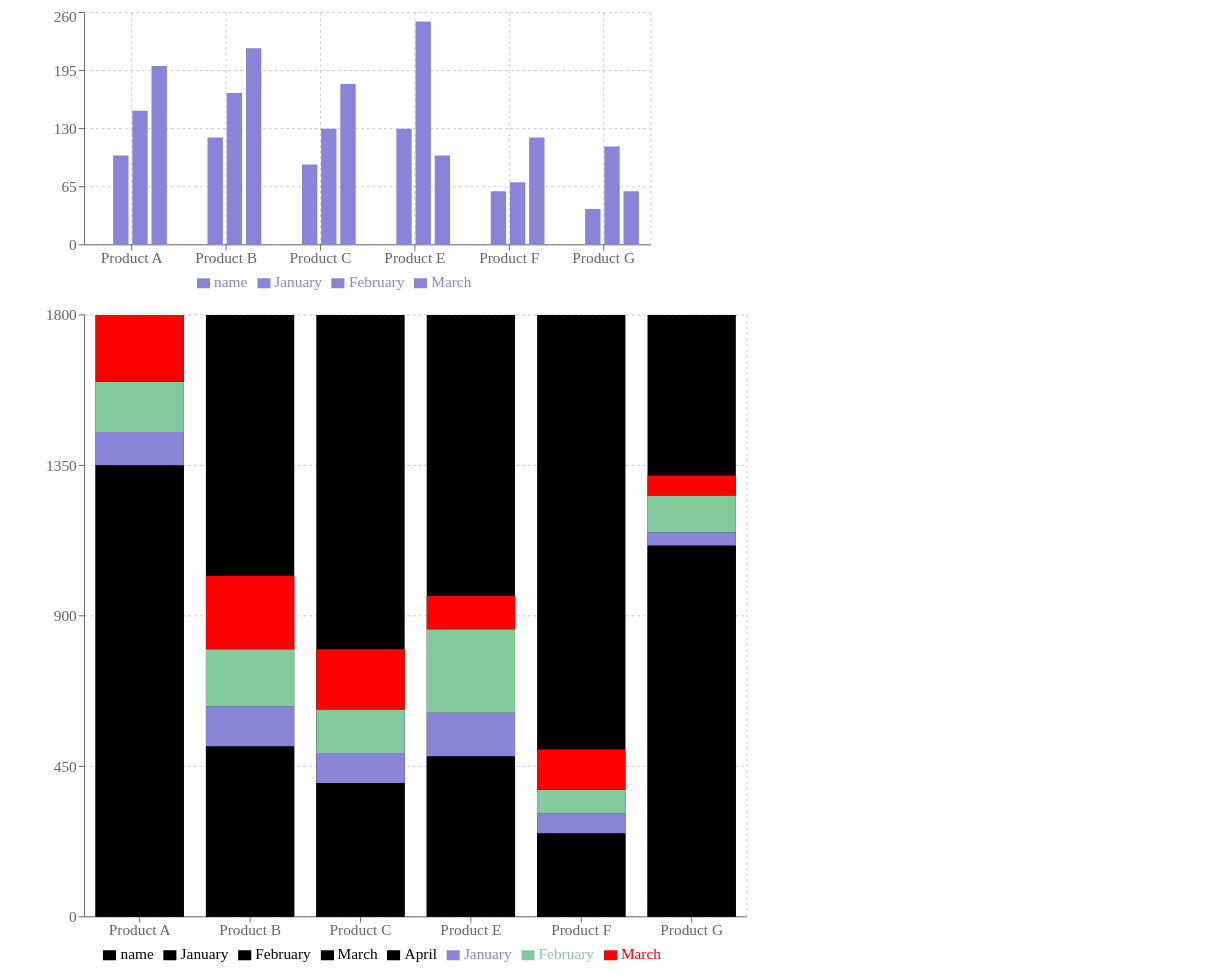
Repository: sagarjain738/test
Page: /
The author's editor kept a copy of each file at every save. The page is drawn from the files as they stood at one save, then again after the next save.
The browser window is 1280 px wide. The pictures show the whole page, at 96% of full size.
The project was rebuilt for these pictures with package versions that can differ from the ones it lists, and the page was loaded fresh each time. Also part of the build but not shown: vite.config.js, src/App.css, src/components/PieChart.jsx, src/components/Table.jsx, src/index.css.

Above is the page before, as saved 2024-01-20 23:26:40.

### src/App.jsx
import "./App.css";
import FirstChart from "./components/FirstChart";
import totalData, { getTotalData, getTotal, getMonths } from "../Data";
import SecondChart from "./components/SecondData";
import TotalPieChart from "./components/PieChart";
import BasicTable from "./components/Table";

function App() {
  const firstRecord = getTotalData(totalData);
  const total = getTotal(totalData);
  const monthNames = getMonths();
  return (
    <>
      <FirstChart records={firstRecord} monthNames={monthNames.slice(0, -1)} />
      <SecondChart records={firstRecord} monthNames={monthNames} />
      {/* <BasicTable records={firstRecord} /> */}
      {/* <TotalPieChart records={total} monthNames={monthNames} /> */}
    </>
  );
}

export default App;

### src/components/FirstChart.jsx
import {
  Bar,
  BarChart,
  CartesianGrid,
  Legend,
  Rectangle,
  Tooltip,
  XAxis,
  YAxis,
} from "recharts";

const FirstChart = ({ records, monthNames }) => {
  return (
    <BarChart
      width={700}
      height={300}
      data={records}
      margin={{
        top: 5,
        right: 30,
        left: 20,
        bottom: 5,
      }}
    >
      <CartesianGrid strokeDasharray="3 3" />
      <XAxis dataKey="name" />
      <YAxis />
      <Tooltip />
      <Legend />
      {monthNames.map((month) => (
        <Bar
          key={month}
          dataKey={month}
          fill="#8884d8"
          activeBar={<Rectangle fill="pink" stroke="blue" />}
        />
      ))}
    </BarChart>
  );
};

export default FirstChart;

### Data.js
let data = {
  salesData: [
    {
      product: "Product A",
      sales: [
        { month: "January", amount: 100 },
        { month: "February", amount: 150 },
        { month: "March", amount: 200 },
        { month: "April", amount: 900 },
      ],
    },
    {
      product: "Product B",
      sales: [
        { month: "January", amount: 120 },
        { month: "February", amount: 170 },
        { month: "March", amount: 220 },
      ],
    },
    {
      product: "Product C",
      sales: [
        { month: "January", amount: 90 },
        { month: "February", amount: 130 },
        { month: "March", amount: 180 },
      ],
    },
    {
      product: "Product E",
      sales: [
        { month: "January", amount: 130 },
        { month: "February", amount: 250 },
        { month: "March", amount: 100 },
      ],
    },
    {
      product: "Product F",
      sales: [
        { month: "January", amount: 60 },
        { month: "February", amount: 70 },
        { month: "March", amount: 120 },
      ],
    },
    {
      product: "Product G",
      sales: [
        { month: "January", amount: 40 },
        { month: "February", amount: 110 },
        { month: "March", amount: 60 },
        { month: "April", amount: 900 },
      ],
    },
  ],
};

export function getTotalData(records) {
  const result = records.salesData.map((item) => {
    return {
      name: item.product,
      data: item.sales.reduce(
        (acc, itm) => ({ ...acc, [`${itm.month}`]: itm.amount }),
        {}
      ),
    };
  });

  const finalData = result.map((item) => {
    return { name: item.name, ...item.data };
  });

  return finalData;
}

export function getTotals(records) {
  const result = records.salesData.map((item) => {
    return {
      id: item.product,
      label: item.product,
      value: item.sales.reduce((acc, itm) => acc + itm.amount, 0),
      color: "hsl(271, 70%, 50%)",
    };
  });
  return result;
}

export function getTotal(data) {
  let sumOfMonths = {};
  data.salesData.forEach((product) => {
    product.sales.forEach((sale) => {
      sumOfMonths[sale.month] = (sumOfMonths[sale.month] || 0) + sale.amount;
    });
  });

  const output = [];

  for (const key in sumOfMonths) {
    output.push({
      id: key,
      label: key,
      value: sumOfMonths[key],
      color: "hsl(37, 70%, 50%)",
    });
  }

  return output;
}

export function getMonths() {
  const months = new Set();
  months.add("name");
  data.salesData.forEach((d) => d.sales.forEach((v) => months.add(v.month)));

  return [...months];
}

export default data;

### src/components/SecondData.jsx
import {
  BarChart,
  Bar,
  Cell,
  XAxis,
  YAxis,
  CartesianGrid,
  Tooltip,
  Legend,
  ResponsiveContainer,
} from "recharts";

const SecondChart = ({ records, monthNames }) => {
  return (
    <BarChart
      width={800}
      height={700}
      data={records}
      margin={{
        top: 20,
        right: 30,
        left: 20,
        bottom: 5,
      }}
    >
      <CartesianGrid strokeDasharray="3 3" />
      <XAxis dataKey="name" />
      <YAxis />
      <Tooltip />
      <Legend />
      {monthNames.map((month, i) => (
        <Bar key={i} dataKey={month} stackId="a" fill="" />
      ))}
      <Bar dataKey="January" stackId="a" fill="#8884d8" />
      <Bar dataKey="February" stackId="a" fill="#82ca9d" />
      <Bar dataKey="March" stackId="a" fill="red" />
    </BarChart>
  );
};

export default SecondChart;

Loaded but not shown: index.html (common file); src/main.jsx (common file)

After the next save:
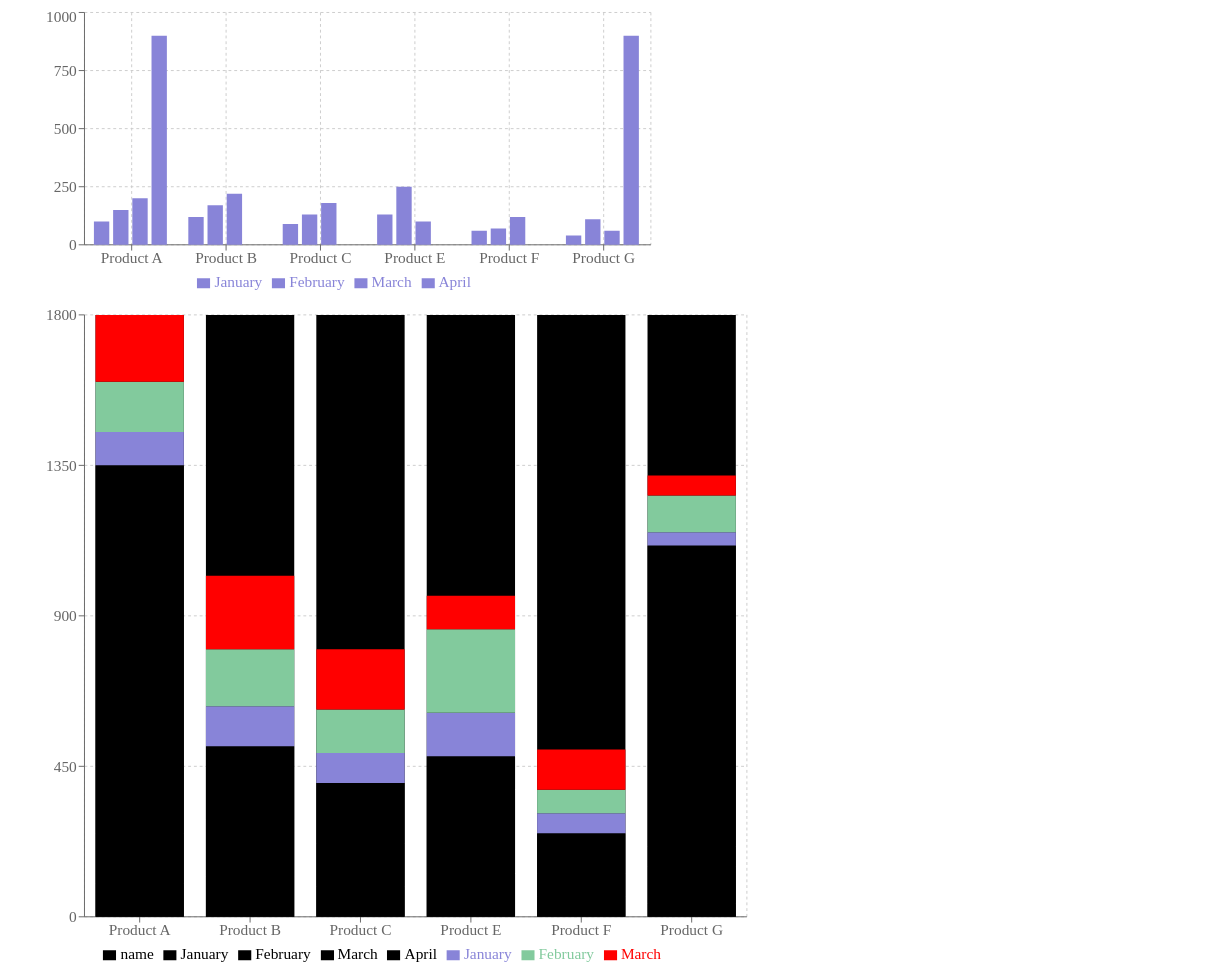
Saved 33 s later.
--- a/src/App.jsx
+++ b/src/App.jsx
@@ -11,7 +11,7 @@ function App() {
   const monthNames = getMonths();
   return (
     <>
-      <FirstChart records={firstRecord} monthNames={monthNames.slice(0, -1)} />
+      <FirstChart records={firstRecord} monthNames={monthNames.slice(1)} />
       <SecondChart records={firstRecord} monthNames={monthNames} />
       {/* <BasicTable records={firstRecord} /> */}
       {/* <TotalPieChart records={total} monthNames={monthNames} /> */}
